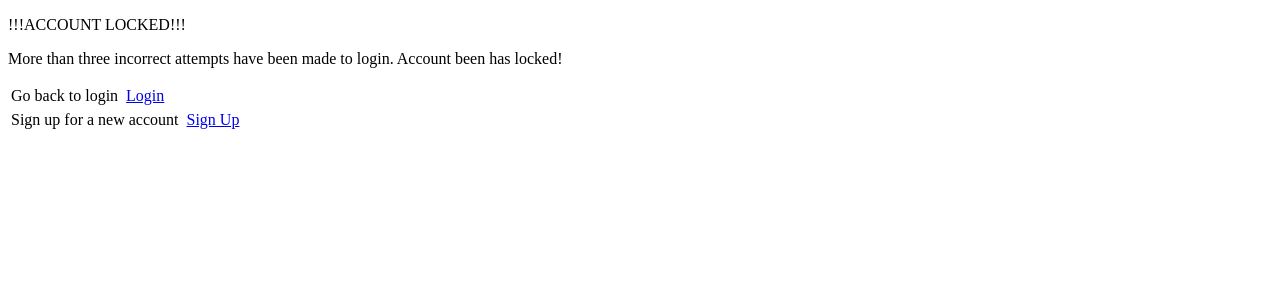
Repository: vasuanne/PetDiaries
Page: http://localhost/SpringMVC/WEB-INF/views/accountLocked.jsp
The author's editor kept a copy of each file at every save. The page is drawn from the files as they stood at one save, then again after the next save.
The browser window is 1280 px wide. The pictures show the whole page.
The page is served by Tomcat 9. Nobody is signed in. Other server files are loaded and not shown. The template is opened directly, without the code that normally fills it, so the values that code supplies are empty.

Above is the page before, as saved 2017-04-28 10:16:30.

### oopsWorkspace/SpringMVC/src/main/webapp/WEB-INF/views/accountLocked.jsp
<%@ page language="java" contentType="text/html; charset=UTF-8"
    pageEncoding="UTF-8"%>
    <%@page isELIgnored="false" %>
    <%@taglib uri = "http://www.springframework.org/tags/form" prefix = "form"%>
<!DOCTYPE html PUBLIC "-//W3C//DTD HTML 4.01 Transitional//EN" "http://www.w3.org/TR/html4/loose.dtd">
<html>
<head>
<meta http-equiv="Content-Type" content="text/html; charset=UTF-8">
<title>!!Account locked!!</title>
</head>
<body>
   <p>!!!ACCOUNT LOCKED!!!</p>
	<p>More than three incorrect attempts have been made to login. Account been has locked! </p>

   <form:form method = "GET" action = "/SpringMVC/login">
         <table>
            <tr>
            <td>Go back to login</td>
               <td>
                   <td><a href="login">Login</a>
               </td>
            </tr>
         </table>
      </form:form>

   <form:form method = "GET" action = "/SpringMVC/redirect">
         <table>
            <tr>
            <td>Sign up for a new account</td>
               <td>
                  <!--  <input type = "submit" value = "Sign Up"/>-->
                   <td><a href="redirect">Sign Up</a>
               </td>
            </tr>
         </table>
      </form:form>

</body>
</html>

After the next save:
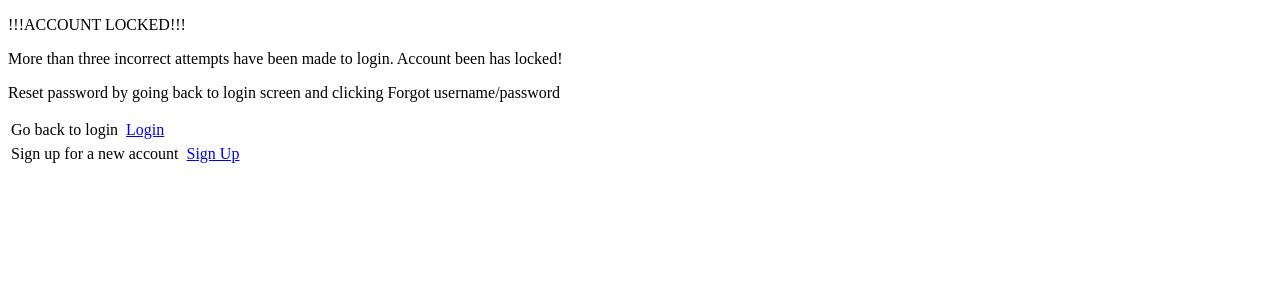
Saved 64 s later.
--- a/oopsWorkspace/SpringMVC/src/main/webapp/WEB-INF/views/accountLocked.jsp
+++ b/oopsWorkspace/SpringMVC/src/main/webapp/WEB-INF/views/accountLocked.jsp
@@ -11,7 +11,7 @@
 <body>
    <p>!!!ACCOUNT LOCKED!!!</p>
 	<p>More than three incorrect attempts have been made to login. Account been has locked! </p>
-
+	<p>Reset password by going back to login screen and clicking Forgot username/password </p>
    <form:form method = "GET" action = "/SpringMVC/login">
          <table>
             <tr>
